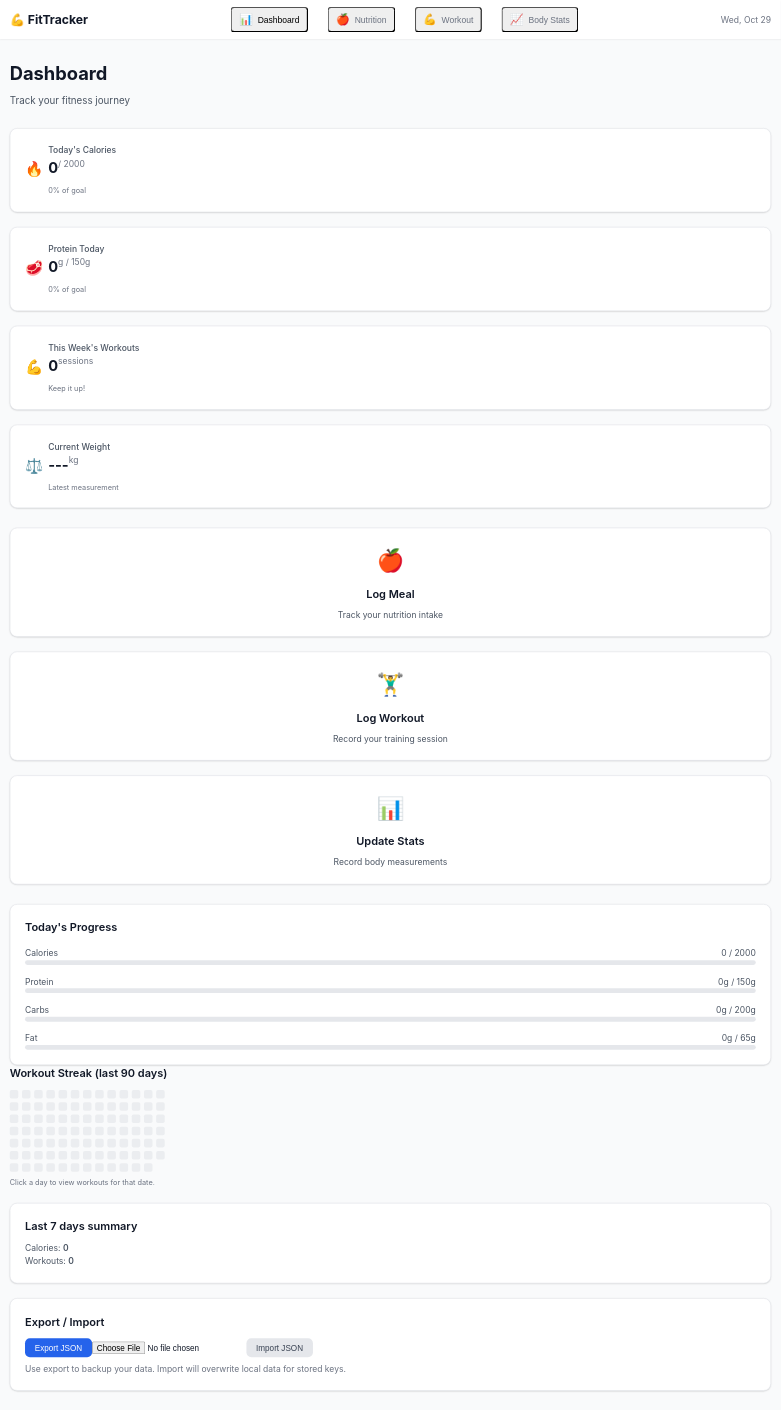
Repository: Apoorv888/Fitness-App
Page: /
The author's editor kept a copy of each file at every save. The page is drawn from the files as they stood at one save, then again after the next save.
The browser window is 1280 px wide. The pictures show the whole page, at 61% of full size.
The project was rebuilt for these pictures with package versions that can differ from the ones it lists, and the page was loaded fresh each time. Also part of the build but not shown: vite.config.ts, src/components/MealForm.tsx, src/components/MealList.tsx, src/components/GoalsForm.tsx, src/components/NutritionCharts.tsx, src/pages/Nutrition.tsx, src/components/WorkoutForm.tsx, src/components/WorkoutList.tsx and 9 more.

Above is the page before, as saved 2025-10-31 10:08:51.

After the next save:
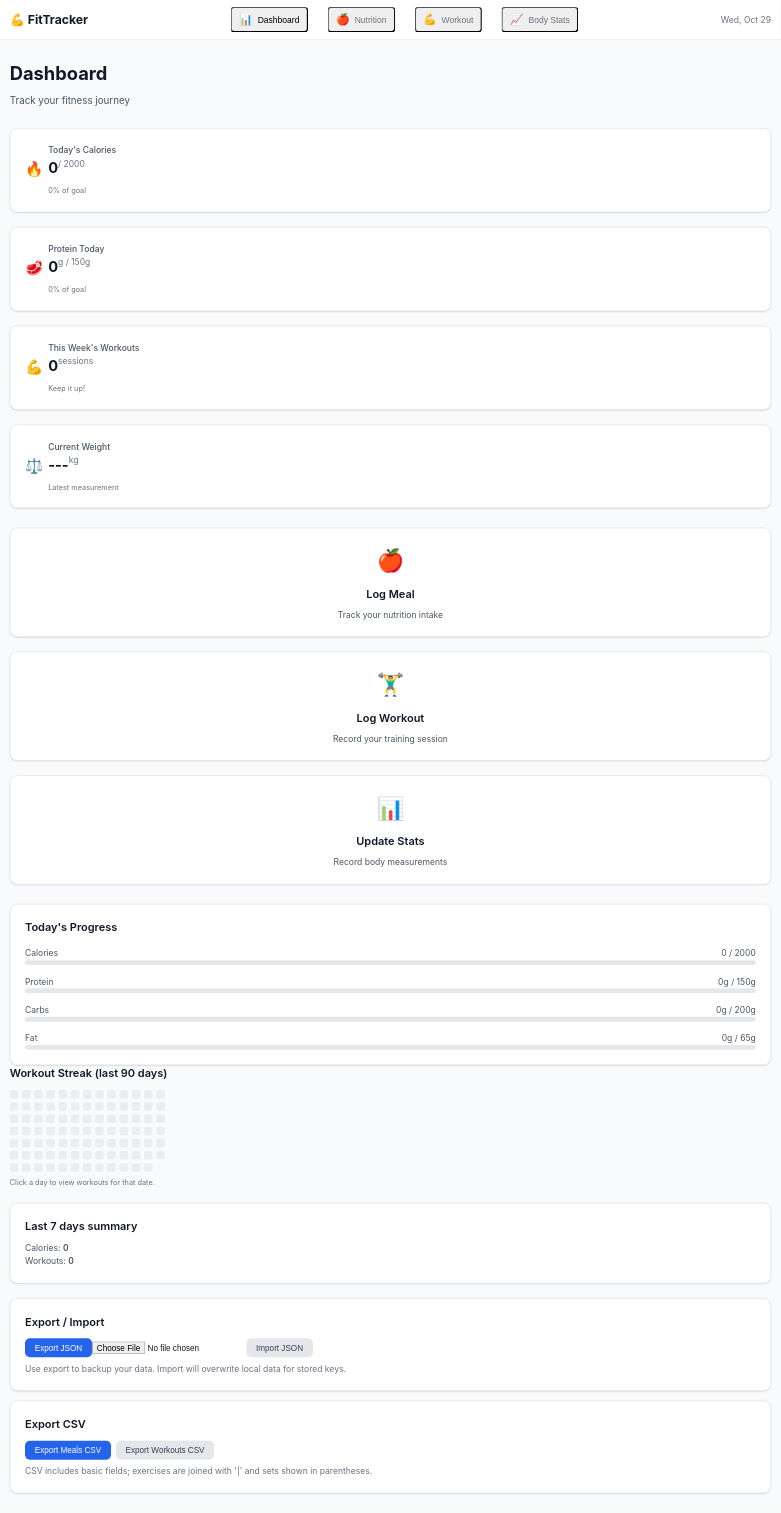
Saved 8 s later.
--- a/src/pages/Dashboard.tsx
+++ b/src/pages/Dashboard.tsx
@@ -7,6 +7,7 @@ import { useGoalsStore } from '../store/goalsStore';
 import { getWeekDays } from '../utils/helpers';
 import { WorkoutHeatmap } from '../components/WorkoutHeatmap';
 import { ExportImport } from '../components/ExportImport';
+import { ExportCSV } from '../components/ExportCSV';
 
 export const Dashboard: React.FC = () => {
   const { getTodayMacros, loadMeals } = useMealStore();
@@ -193,6 +194,9 @@ export const Dashboard: React.FC = () => {
           </div>
 
           <ExportImport />
+          <div className="mt-4">
+            <ExportCSV />
+          </div>
         </div>
       </div>
     </div>
